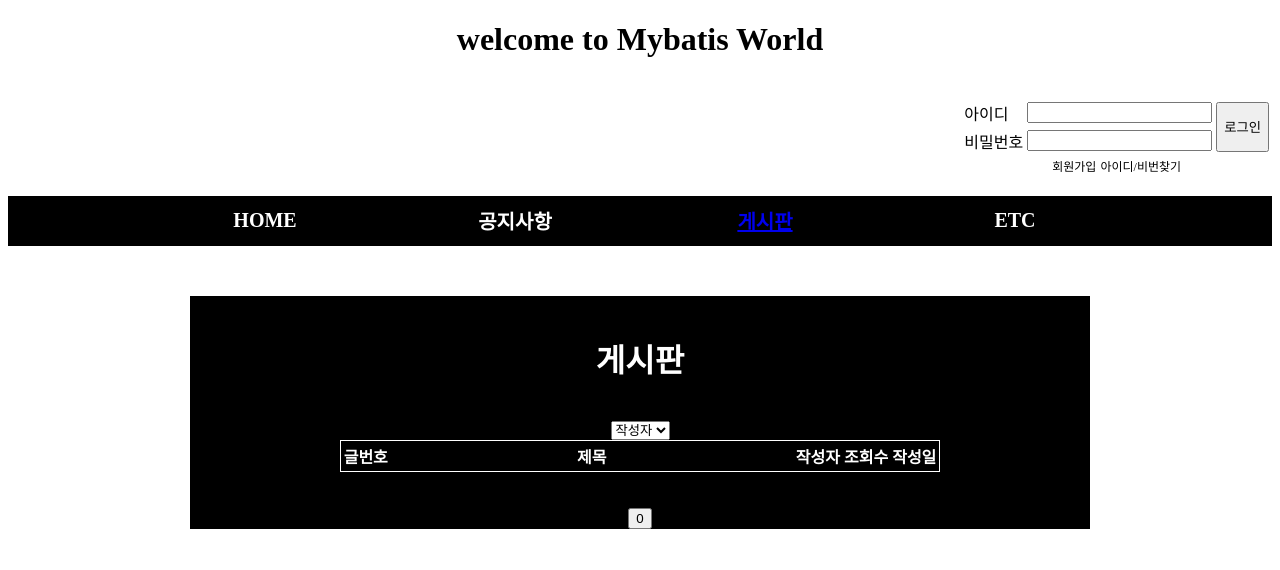
Repository: didwlwd/workspace
Page: http://localhost/mybatisProject/views/board/boardListView.jsp
The author's editor kept a copy of each file at every save. The page is drawn from the files as they stood at one save, then again after the next save.
The browser window is 1280 px wide. The pictures show the whole page.
The page is served by Tomcat 10. Other server files are loaded and not shown. The template is opened directly, without the code that normally fills it, so the values that code supplies are empty.

Above is the page before, as saved 2025-03-07 01:34:26.

### 08_myBatis/mybatisProject/src/main/webapp/views/board/boardListView.jsp
<%@ page language="java" contentType="text/html; charset=UTF-8"
    pageEncoding="UTF-8"%>
<%@ taglib prefix="c" uri="http://java.sun.com/jsp/jstl/core" %>
<!DOCTYPE html>
<html>
<head>
<meta charset="UTF-8">
<title>Insert title here</title>
<style>
    #list-area{
        border: 1px solid white;
        text-align: center;
    }

    .outer a{
        color: white;
        text-decoration: none;
    }
</style>
</head>
<body>
    <jsp:include page="../common/menubar.jsp" />

    <div class="outer" align="center">
        <br>
        <h1 align="center">게시판</h1>
        <br>

		<div>
			<form>
				<select name="condition">
					<option value="writer">작성자</option>
					<option value="title">제목</option>
					<option value="content">내용</option>
				</select>
			</form>
		</div>

        <table id="list-area">
            <thead>
                <tr>
                    <th>글번호</th>
                    <th width="400">제목</th>
                    <th>작성자</th>
                    <th>조회수</th>
                    <th>작성일</th>
                </tr>
            </thead>
            <tbody>
                <c:forEach var="b" items="${list}">
                	<tr>
                		<td>${b.boardNo}</td>
                		<td>${b.boardTitle}</td>
                		<td>${b.userId}</td>
                		<td>${b.count}</td>
                		<td>${b.createDate}</td>
                	</tr>
                </c:forEach>
            </tbody>
        </table>
        <br><br>
        <div align="center">
        	<c:if test="${pi.currentPage > 1 }">
            	<button class="btn btn-sm btn-primary"onclick="location.href='${pageContext.request.contextPath}/list.bo?cpage=${pi.currentPage - 1}'">&lt;이전</button>
            </c:if>

            <c:forEach var="p" begin="${pi.startPage}" end="${pi.endPage}">
            	<c:choose>
            		<c:when test="${p == pi.currentPage }">
            			<button class="btn btn-sm btn-primary" disabled>${p}</button>
            		</c:when>
            		<c:otherwise>
            			<button class="btn btn-sm btn-primary" onclick="location.href='${pageContext.request.contextPath}/list.bo?cpage=${p}'">${p}</button>
            		</c:otherwise>
            	</c:choose>
            </c:forEach>

            <c:if test="${pi.currentPage < pi.maxPage}">
            	<button class="btn btn-sm btn-primary" onclick="location.href='${pageContext.request.contextPath}/list.bo?cpage=${pi.currentPage + 1}'">다음&gt;</button>
            </c:if>


        </div>
    </div>
</body>
</html>

### 08_myBatis/mybatisProject/src/main/webapp/views/common/menubar.jsp
<%@ page language="java" contentType="text/html; charset=UTF-8"
    pageEncoding="UTF-8"%>
<%@ taglib prefix="c" uri="http://java.sun.com/jsp/jstl/core" %>
<!DOCTYPE html>
<html>
<head>
<meta charset="UTF-8">
<title>Insert title here</title>
<style>
    .login-area a{
        text-decoration: none;
        color: black;
        font-size: 12px;
    }

    .nav-area{
        background: black;
        color: white;
        height: 50px;
    }
    .menu{
        display: table-cell;
        width: 250px;
        height: 50px;
        vertical-align: middle;
        font-size: 20px;
        font-weight: bold;
    }
    .outer{
    	width: 900px;
    	background: black;
    	color: white;
    	margin: auto;
    	margin-top: 50px;
    }
</style>
</head>
<body>

    <h1 align="center">welcome to Mybatis World</h1>
    <br>

    <div class="login-area" align="right">
        <!-- 로그인전 -->
        <c:choose>
        	<c:when test="${empty loginUser}">
        	<form action="${pageContext.request.contextPath}/login.me" method="post">
		        <table>
		            <tr>
		                <td>아이디</td>
		                <td><input type="text" name="userId" required></td>
		                <td rowspan="2"><button type="submit" style="height: 50px;">로그인</button></td>
		            </tr>
		            <tr>
		                <td>비밀번호</td>
		                <td><input type="password" name="userPwd" required></td>

		            </tr>
		            <tr>
		                <td colspan="3" align="center">
		                    <a href="enrollForm.me">회원가입</a>
		                    <a href="">아이디/비번찾기</a>
		                </td>
		            </tr>
	            </table>
	        </form>
        	</c:when>
        	<c:otherwise>
        		<!-- 로그인후 -->
			        <div>
			            <table>
			                <tr>
			                    <td colspan="2">
			                        <h3>${loginUser.userName}님 환영합니다. </h3>
			                    </td>
			                    <td></td>
			                </tr>
			                <tr>
			                    <td><a href="myPage.me">마이페이지</a></td>
			                    <td><a href="">로그아웃</a></td>
			                </tr>
			            </table>
			        </div>
        	</c:otherwise>
        </c:choose>
    </div>
    <br>

    <div class="nav-area" align="center">
        <div class="menu">HOME</div>
        <div class="menu">공지사항</div>
        <div class="menu"><a href="lsit.bo?cpage=1">게시판</a></div>
        <div class="menu">ETC</div>
    </div>
</body>
</html>

After the next save:
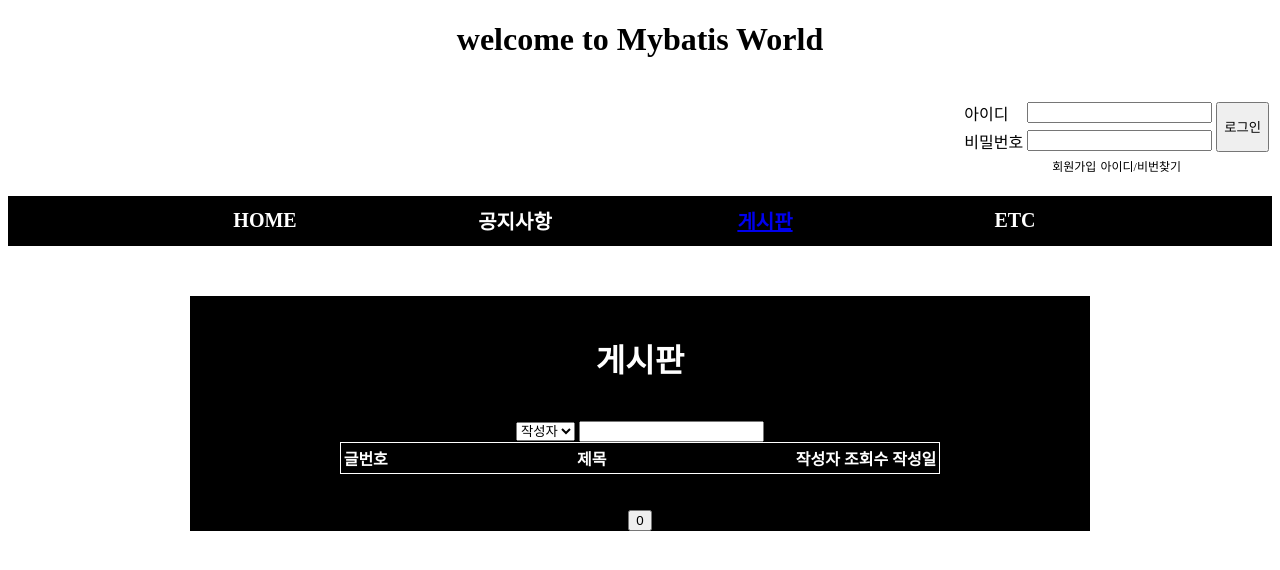
Saved 25 s later.
--- a/08_myBatis/mybatisProject/src/main/webapp/views/board/boardListView.jsp
+++ b/08_myBatis/mybatisProject/src/main/webapp/views/board/boardListView.jsp
@@ -33,6 +33,7 @@
 					<option value="title">제목</option>
 					<option value="content">내용</option>
 				</select>
+				<input type="text" name="keyword">
 			</form>
 		</div>
 
